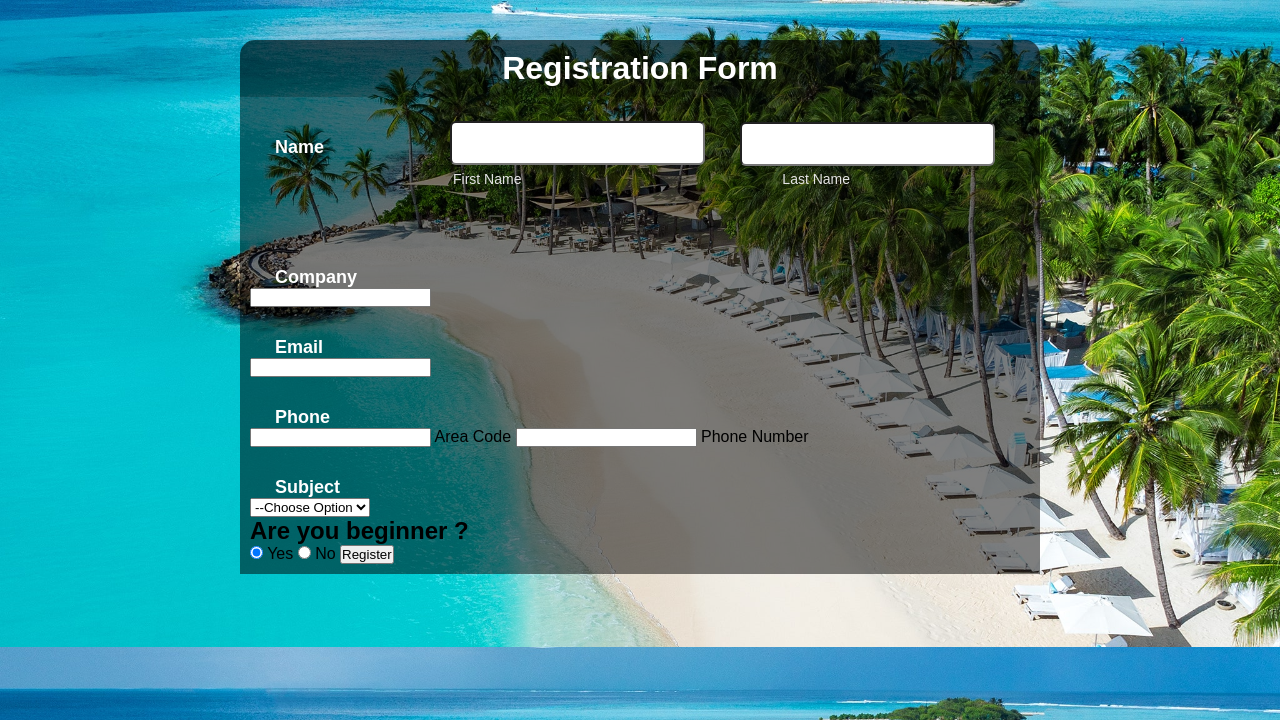
Repository: sudeepa88/Registration-Form
Page: registration.html
An editor plug-in stored every save of this project. The page is shown before and after the next save, followed by the edit.
The browser window is 1280 px wide. The pictures show the whole page.

Above is the page before, as saved 2022-01-11 23:25:03.

After the next save:
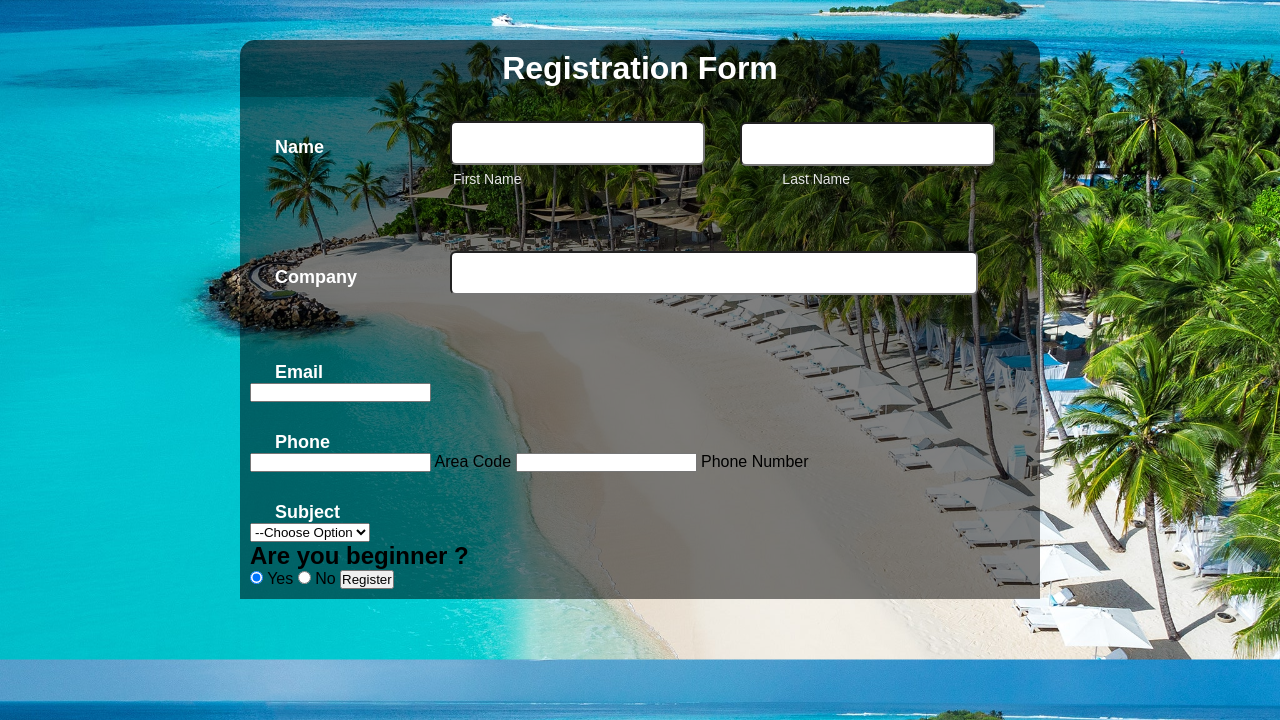
Saved 5 min 3 s later.
--- a/registration.html
+++ b/registration.html
@@ -84,6 +84,17 @@
        left:200px;
        top: -45px;
    }
+   .company{
+       position: relative;
+       left: 200px;
+       top:-37px;
+       line-height: 40px;
+       width: 480px;
+       border-radius: 6px;
+       padding: 0 22px;
+       font-size: 16px;
+       color:#555;
+   }
     </style>
 </head>
 <body>
